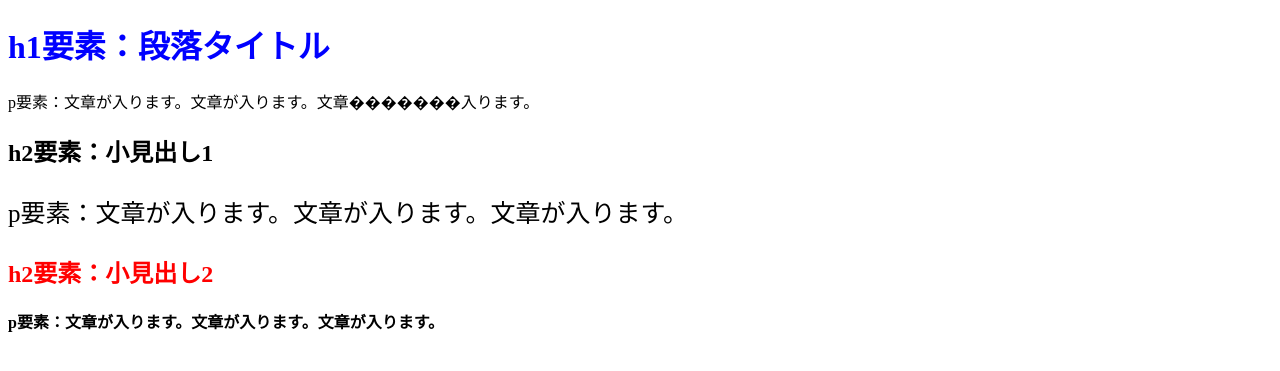
Repository: qedhourse580/samurai_HTML-CSS
Page: Untitled1.html
The author's editor kept a record of every edit. The page is drawn from the files as they stood at one moment, then again after the next edit.
The browser window is 1280 px wide. The pictures show the whole page.

Above is the page before.

### Untitled1.html
<!DOCTYPE html>
<html lang="ja">
<head>
  <meta charset="UTF-8">
  <title>HTML/CSSの学習</title>
  <style>
    #red {
      color: red;
    }
    .blue {
      color: blue;
    }
  </style>
</head>
  <body>
    <h1 class="blue">h1要素：段落タイトル</h1>
    <p>p要素：文章が入ります。文章が入ります。文章�������入ります。</p>
    <h2>h2要素：小見出し1</h2>
    <p style="font-size: 25px;">p要素：文章が入ります。文章が入ります。文章が入ります。</p>
    <h2 id="red">h2要素：小見出し2</h2>
    <p style = "font-weight: bold;">p要素：文章が入ります。文章が入ります。文章が入ります。</p>
  </body>
</html>

### Untitled1.css
@charset "utf-8";

#red {
    color: red;
}

.blue {
    color: blue;
}

.fs-25 {
    font-size: 25px;
}

.fw-bold {
    font-weight: bold;
}

After the next edit:
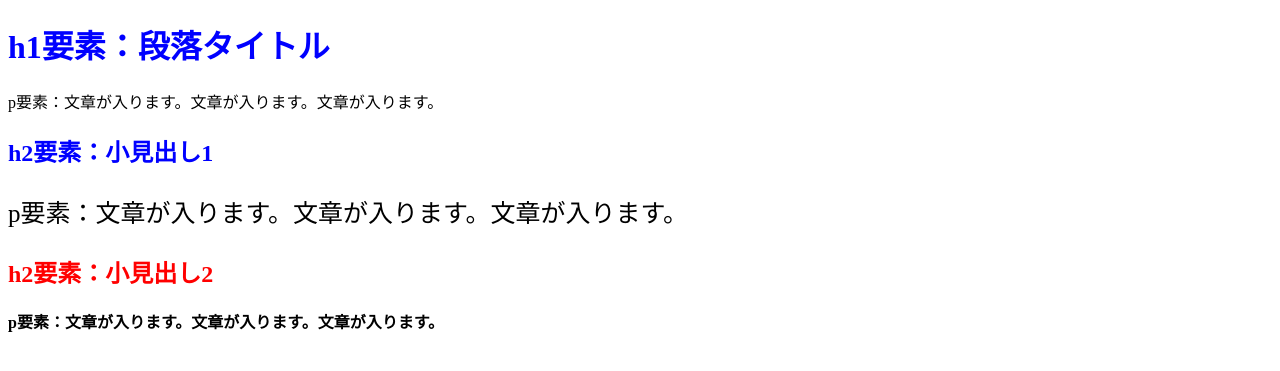
The edit:
--- a/Untitled1.html
+++ b/Untitled1.html
@@ -1,23 +1,20 @@
 <!DOCTYPE html>
 <html lang="ja">
-<head>
-  <meta charset="UTF-8">
-  <title>HTML/CSSの学習</title>
-  <style>
-    #red {
-      color: red;
-    }
-    .blue {
-      color: blue;
-    }
-  </style>
-</head>
+  <head>
+    <meta charset="UTF-8">
+    <title>HTML/CSSの学習</title>
+    <link rel="stylesheet" href="Untitled1.css">
+  </head>
   <body>
     <h1 class="blue">h1要素：段落タイトル</h1>
-    <p>p要素：文章が入ります。文章が入ります。文章�������入ります。</p>
-    <h2>h2要素：小見出し1</h2>
-    <p style="font-size: 25px;">p要素：文章が入ります。文章が入ります。文章が入ります。</p>
+    <p>p要素：文章が入ります。文章が入ります。文章が入ります。</p>
+    <h2 class="blue">h2要素：小見出し1</h2>
+    <p class="fs-25">
+      p要素：文章が入ります。文章が入ります。文章が入ります。
+    </p>
     <h2 id="red">h2要素：小見出し2</h2>
-    <p style = "font-weight: bold;">p要素：文章が入ります。文章が入ります。文章が入ります。</p>
+    <p class="fw-bold">
+      p要素：文章が入ります。文章が入ります。文章が入ります。
+    </p>
   </body>
-</html>
+ </html>
